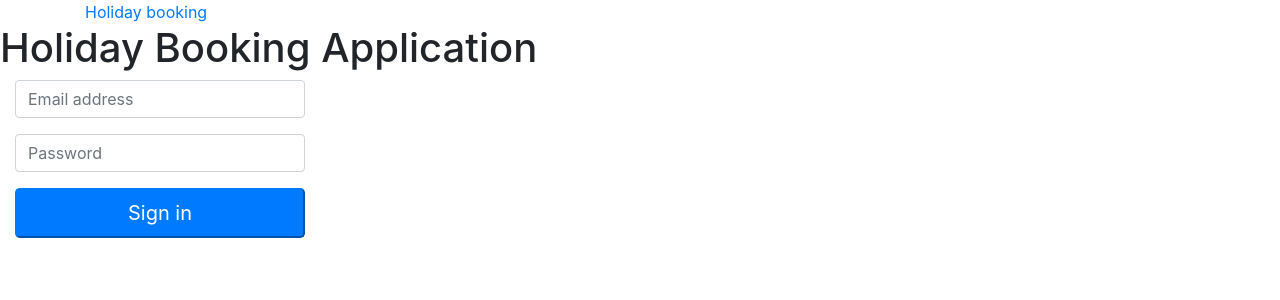
Repository: Anastasiyatik/JavaEnterpriseApplication
Page: http://localhost/HolidayBookingAppWebApplication/login.jsp
These files come from the project's save history. The page is drawn as it stood at one moment and after the next save; the edit follows.
The browser window is 1280 px wide. The pictures show the whole page.
The page is served by Tomcat 9. Nobody is signed in. The application's start-up code is not run. Other server files are loaded and not shown.

Above is the page before, as saved 2020-04-02 16:51:49.

### HolidayBookingAppWebApplication/WebContent/login.jsp
<%@ page contentType="text/html" pageEncoding="UTF-8"%>
<!DOCTYPE HTML PUBLIC "-//W3C//DTD HTML 4.01 Transitional//EN"
   "http://www.w3.org/TR/html4/loose.dtd">

<html>
<head>
<meta http-equiv="Content-Type" content="text/html; charset=UTF-8">
<title>Holiday Booking Application</title>
<link rel="stylesheet" href="css/bootstrap.css">
</head>
<body>
<section class="home">
<nav class="nav">
        <div class="container">
            <div class="logo">
                <a href="#">Holiday booking</a>
            </div>
           </div>
           </div>
    </nav>
 </section>

	<h1>Holiday Booking Application</h1>
	<%
		String errMsg = (String) request.getAttribute("errorLoginMessage");
	%>
	<%
		if (errMsg != null) {
			out.print("<h5>" + errMsg + "</h5>");
		}
	%>
	<%
		String isLogin = (String) session.getAttribute("userName");
		if (isLogin != null) {
			response.sendRedirect("EmployeesServlet");
		}
	%>
	<div class="col-sm-3 first_cont">
		<form class="form-signin" method="POST"
			action="HolidayBookingAppServlet">
			<input type="email" class="form-control" name="email"
				placeholder="Email address" required>
			<p></p>
			<input type="password" class="form-control" name="password"
				placeholder="Password" required>
			<p></p>
			<button class="btn-lg btn-primary btn-block" type="submit"
				value="Login">Sign in</button>
		</form>
	</div>

</body>
</html>

Loaded but not shown: HolidayBookingAppWebApplication/WebContent/css/bootstrap.css (library)

After the next save:
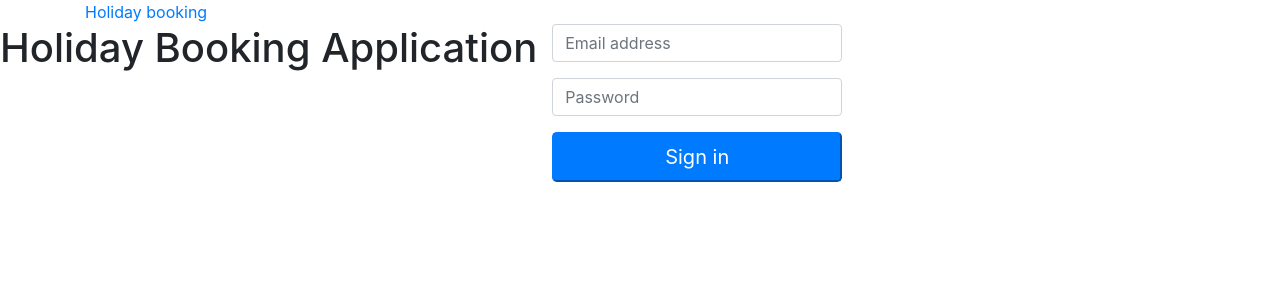
Saved 6 min 14 s later.
--- a/HolidayBookingAppWebApplication/WebContent/login.jsp
+++ b/HolidayBookingAppWebApplication/WebContent/login.jsp
@@ -16,9 +16,7 @@
                 <a href="#">Holiday booking</a>
             </div>
            </div>
-           </div>
-    </nav>
- </section>
+
 
 	<h1>Holiday Booking Application</h1>
 	<%
@@ -48,6 +46,8 @@
 				value="Login">Sign in</button>
 		</form>
 	</div>
+</nav>
+ </section>
 
 </body>
 </html>
